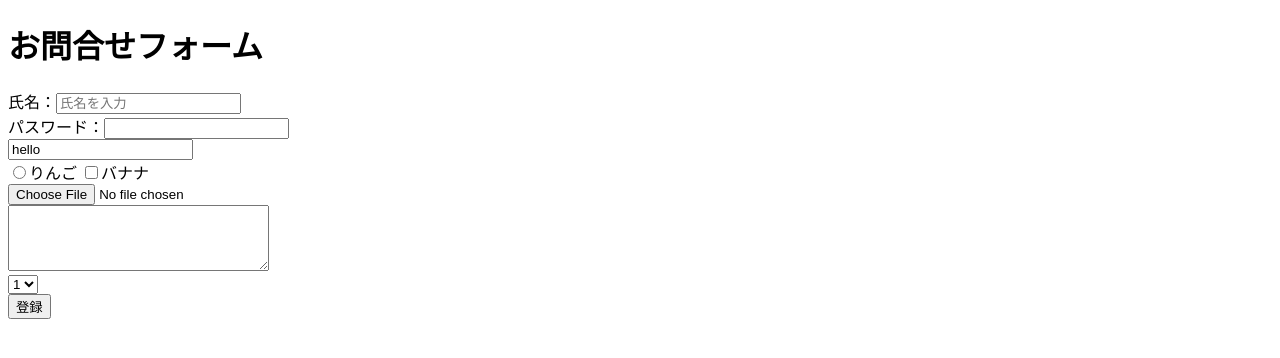
Repository: Jutta197/frontend726
Page: form.html
The author's editor kept a copy of each file at every save. The page is drawn from the files as they stood at one save, then again after the next save.
The browser window is 1280 px wide. The pictures show the whole page.

Above is the page before, as saved 2023-07-27 15:38:09.

After the next save:
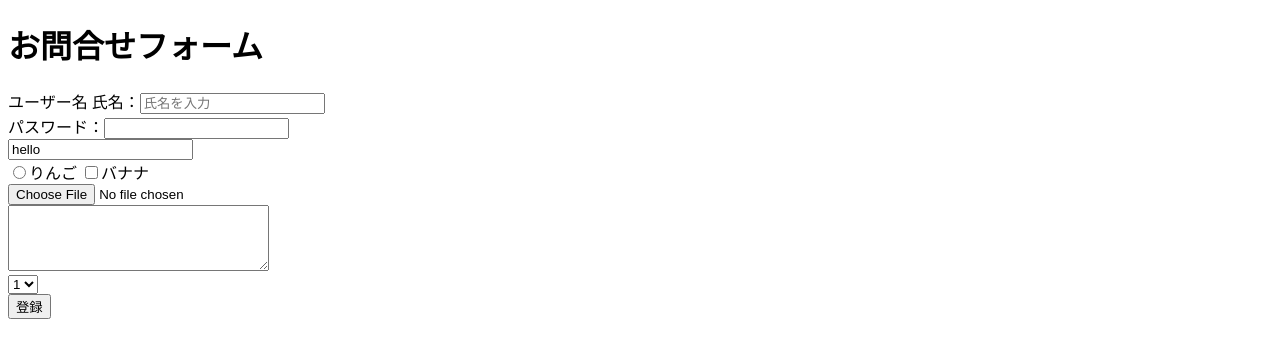
Saved 5 min 37 s later.
--- a/form.html
+++ b/form.html
@@ -10,7 +10,8 @@
 <body>
     <h1>お問合せフォーム</h1>
     <form action="" method="post">
-        氏名：<input type="text" name="name" placeholder="氏名を入力" required><br>
+        <label for="username">ユーザー名</label>
+        氏名：<input type="text" name="username" placeholder="氏名を入力" required><br>
         パスワード：<input type="password" name="password"><br>
         <input type="text" name="name" value="hello"><br>
         <input type="radio">りんご
